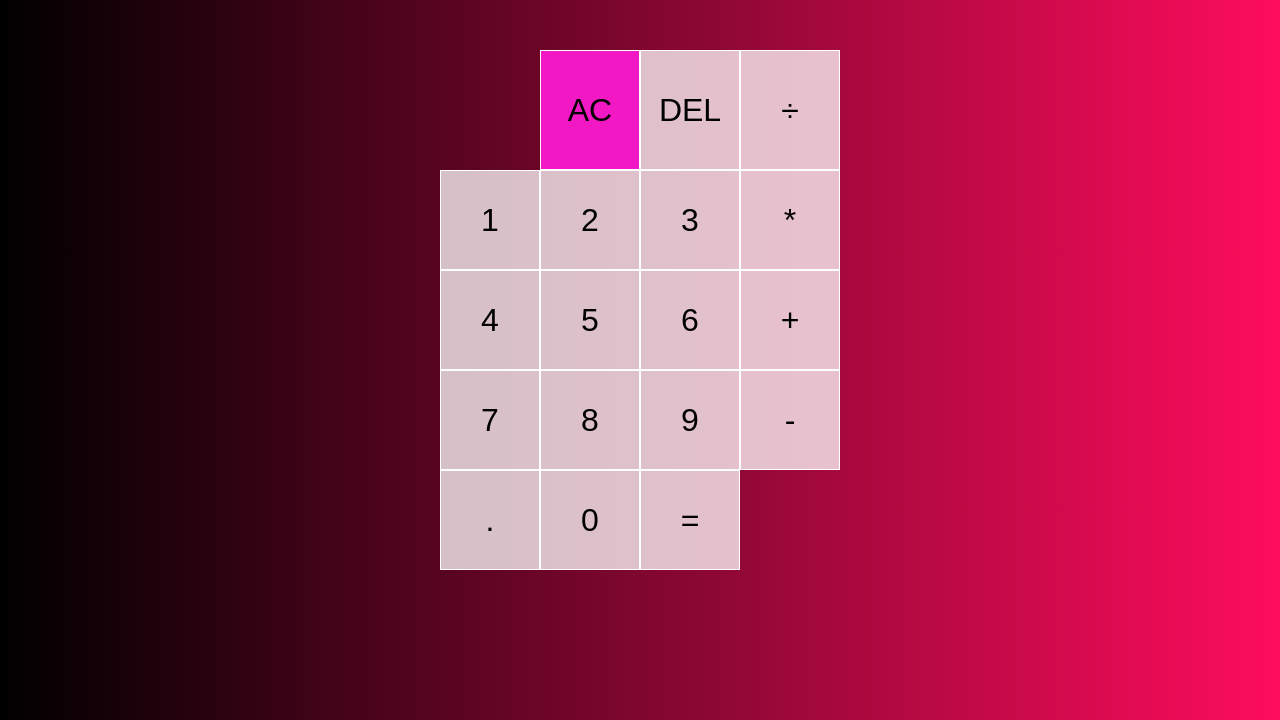
Repository: burntaftermint/calculator
Page: index.html
These files come from the project's save history. The page is drawn as it stood at one moment and after the next save; the edit follows.
The browser window is 1280 px wide. The pictures show the whole page.
The pointer rests on the first visible `.calculator-grid > button`.

Above is the page before, as saved 2023-11-01 02:36:04.

### index.html
<!DOCTYPE html>
<html lang="en">
<head>
    <meta charset="UTF-8">
    <meta name="viewport" content="width=device-width, initial-scale=1.0">
    <title>Calculator</title>
    <link href="styles.css" rel="stylesheet">
    <script src="script.js" defer></script>
</head>
<body>
    <div class="calculator-grid">
        <div class="output">
            <div class="previous-operand"></div>
                <div class="current-operand"></div>
        </div>
        <button class="span-two">AC</button>
        <button>DEL</button>
        <button>÷</button>
        <button>1</button>
        <button>2</button>
        <button>3</button>
        <button>*</button>
        <button>4</button>
        <button>5</button>
        <button>6</button>
        <button>+</button>
        <button>7</button>
        <button>8</button>
        <button>9</button>
        <button>-</button>
        <button>.</button>
        <button>0</button>
        <button class="span-two">=</button>

    </div>
</body>
</html>

### styles.css
*::before, *::after {
    box-sizing: border-box;
    font-family: Gotham Rounded, sans-serif;
    font-weight: normal;
}

body {
    padding: 0;
    margin: 0;
    background: linear-gradient(to right, #000000, #fe0d5d);
}

.calculator-grid {
    display: grid;
    justify-content: center;
    align-content: center;
    min-height: 100vh;
    grid-template-columns: repeat(4, 100px);
    grid-template-rows: minmax(120px, auto) repeat(5, 100px);
}

.calculator-grid > button {
    cursor: pointer;
    font-size: 2rem;
    border: 1px solid white;
    outline: none;
    background-color: rgba(255, 255, 255, .75);
}

.calculator-grid > button:hover {
    background-color: rgba(255, 27, 213, 0.9);
}

Loaded but not shown: script.js (no copy from this time; the picture is the same without it)

After the next save:
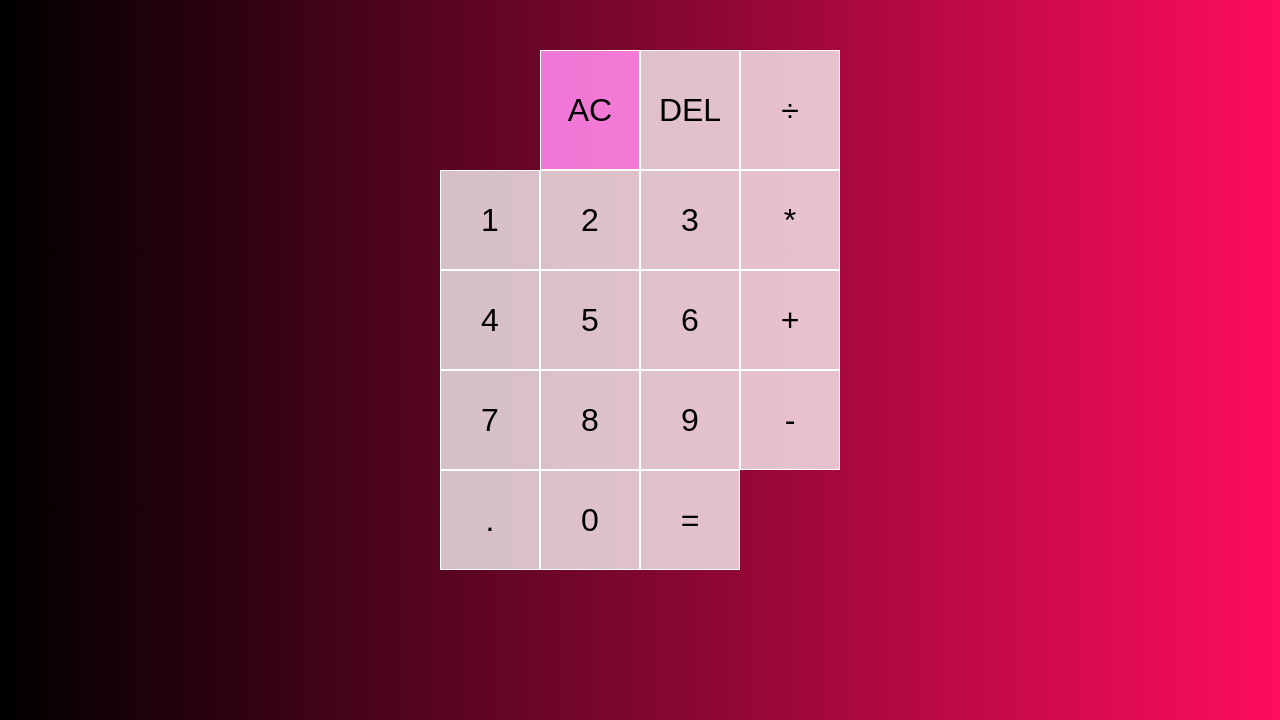
Saved 21 s later.
--- a/styles.css
+++ b/styles.css
@@ -28,5 +28,5 @@ body {
 }
 
 .calculator-grid > button:hover {
-    background-color: rgba(255, 27, 213, 0.9);
+    background-color: rgba(255, 133, 233, 0.9);
 }
